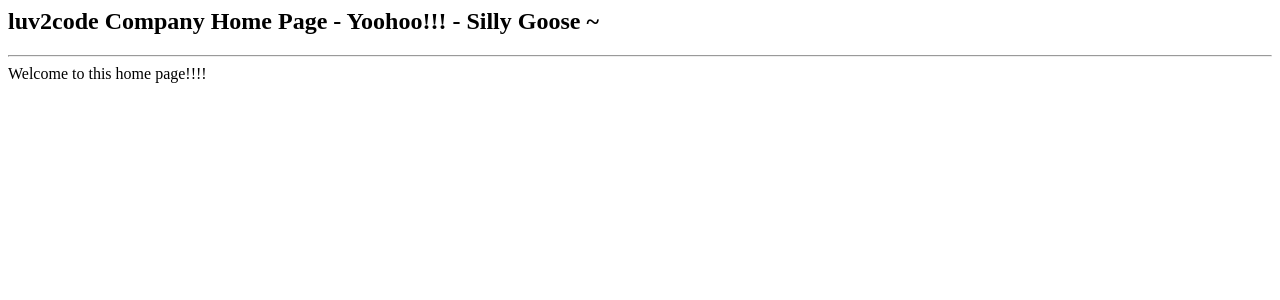
Repository: JT12s/Ecllipse-SpringPrcaticeProject
Page: http://localhost/spring-security-demo-02-basic-security/
An editor plug-in stored every save of this project. The page is shown before and after the next save, followed by the edit.
The browser window is 1280 px wide. The pictures show the whole page.
The page is served by Tomcat 9.

Above is the page before, as saved 2022-08-06 20:41:46.

After the next save:
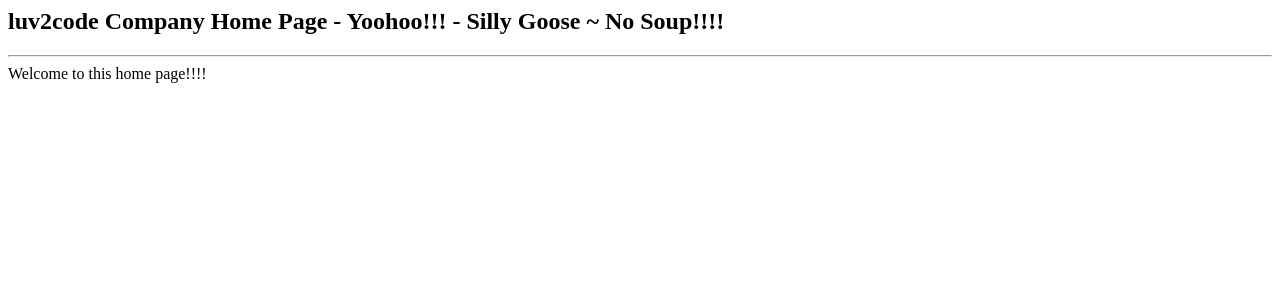
Saved 56 s later.
--- a/spring-security-demo-02-basic-security/src/main/webapp/WEB-INF/view/home.jsp
+++ b/spring-security-demo-02-basic-security/src/main/webapp/WEB-INF/view/home.jsp
@@ -6,7 +6,7 @@
 </head>
 
 <body>
-	<h2>luv2code Company Home Page - Yoohoo!!! - Silly Goose ~</h2>
+	<h2>luv2code Company Home Page - Yoohoo!!! - Silly Goose ~ No Soup!!!!</h2>
 	<hr>
 
 	Welcome to this home page!!!!
